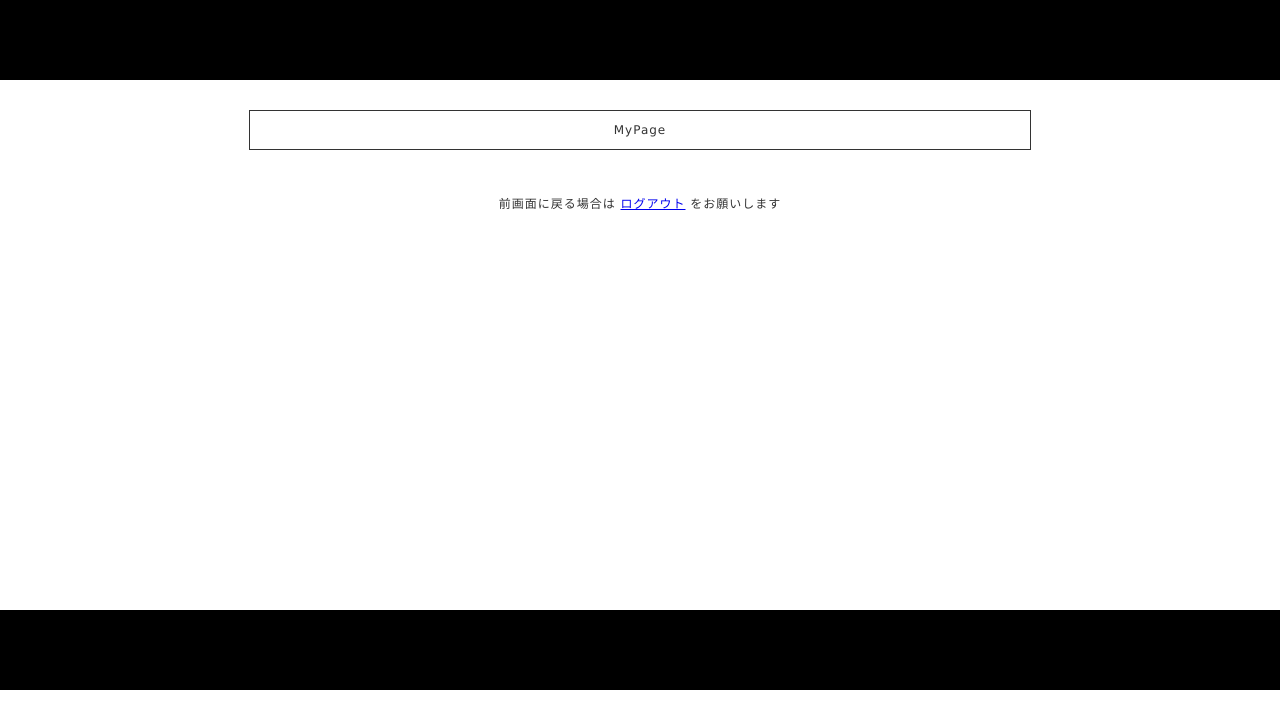
Repository: NoriakiYasumura/test01
Page: http://localhost/template/myPage.jsp
These files come from the project's save history. The page is drawn as it stood at one moment and after the next save; the edit follows.
The browser window is 1280 px wide. The pictures show the whole page.
The page is served by Tomcat 9. Other server files are loaded and not shown.

Above is the page before, as saved 2019-04-09 08:55:31.

### template/WebContent/myPage.jsp
<%@ page language="java" contentType="text/html; charset=UTF-8"
    pageEncoding="UTF-8"%>
<%@ taglib prefix="s" uri="/struts-tags" %>
<!DOCTYPE html>
<html>
	<head>
		<meta http-equiv="Content-Type" content="text/html; charset=UTF-8"/>
		<meta http-equiv="Content-Style-Type" content="text/css"/>
		<meta http-equiv="Content-Script-Type" content="text/javascript"/>
		<meta http-equiv="imagetoolbar" content="no"/>
		<meta name="description" content=""/>
		<meta name="keywords" content=""/>
		<title>MyPage画面</title>

		<style type="text/css">
		/* TAG LAYOUT */
		body{
			margin:0;
			padding:0;
			line-height:1,.6;
			letter-spacing:1px;
			font-family:Verdana,Helvetica,sans-serif;
			font-size:12px;
			color:#333;
			background:#fff;
		}
		table{
			text-align:center;
			margin:0 auto;
		}
		/* ID LAYOUT */
		#top{
			width:780px;
			margin:30px auto;
			border:1px solid #333;
		}
		#header{
			width:100%;
			height:80px;
			background-color:black;
		}
		#main{
			width:100%;
			height:500px;
			text-align:center;
		}
		#footer{
			width:100%;
			height:80px;
			background-color:black;
			clear:both;
		}
		</style>
	</head>
	<body>
		<div id="header"></div>

		<div id="main">
			<div id="top">
				<p>MyPage</p>
			</div>
			<div>

				<s:if test="session.message == ''">
					<h3>ご購入情報は以下になります。</h3>
					<table>
						<tr>
							<td>商品名</td>
							<td><s:property value="session.buyItem_name" /></td>
						</tr>
						<tr>
							<td>値段</td>
							<td>
								<s:property value="session.total_price" />
								<span>円</span>
							</td>
						</tr>
						<tr>
							<td>購入個数</td>
							<td>
								<s:property value="session.total_count" />
								<span>個</span>
							</td>
						</tr>
						<tr>
							<td>支払い方法</td>
							<td><s:property value="session.totalk_payment" /></td>
						</tr>
					</table>
					<s:form anction="MyPageAction">
						<input type="hidden" name="deleteFlg" value="1">
						<s:submit value="削除" method="delete"/>
					</s:form>
				</s:if>

				<s:if test="session.message != null">
					<h3><s:property value="session.message"/></h3>
				</s:if>

				<div>
					<br>
					<span>前画面に戻る場合は</span>
					<a href='<s:url action="HomeAction"/>'>ログアウト</a>
					<span>をお願いします</span>
				</div>
			</div>
		</div>

		<div id="footer"></div>
	</body>
</html>

After the next save:
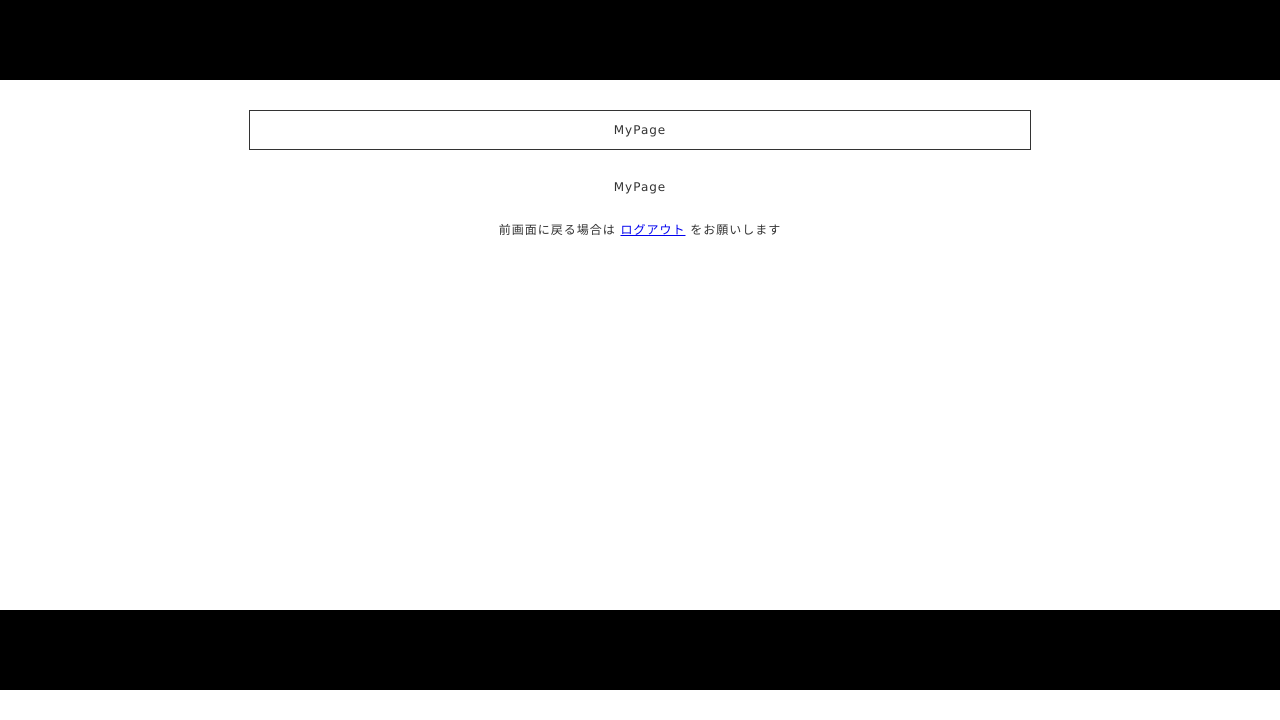
Saved 40 h 14 min later.
--- a/template/WebContent/myPage.jsp
+++ b/template/WebContent/myPage.jsp
@@ -60,6 +60,7 @@
 				<p>MyPage</p>
 			</div>
 			<div>
+			<p>MyPage</p>
 
 				<s:if test="session.message == ''">
 					<h3>ご購入情報は以下になります。</h3>

After the save that followed:
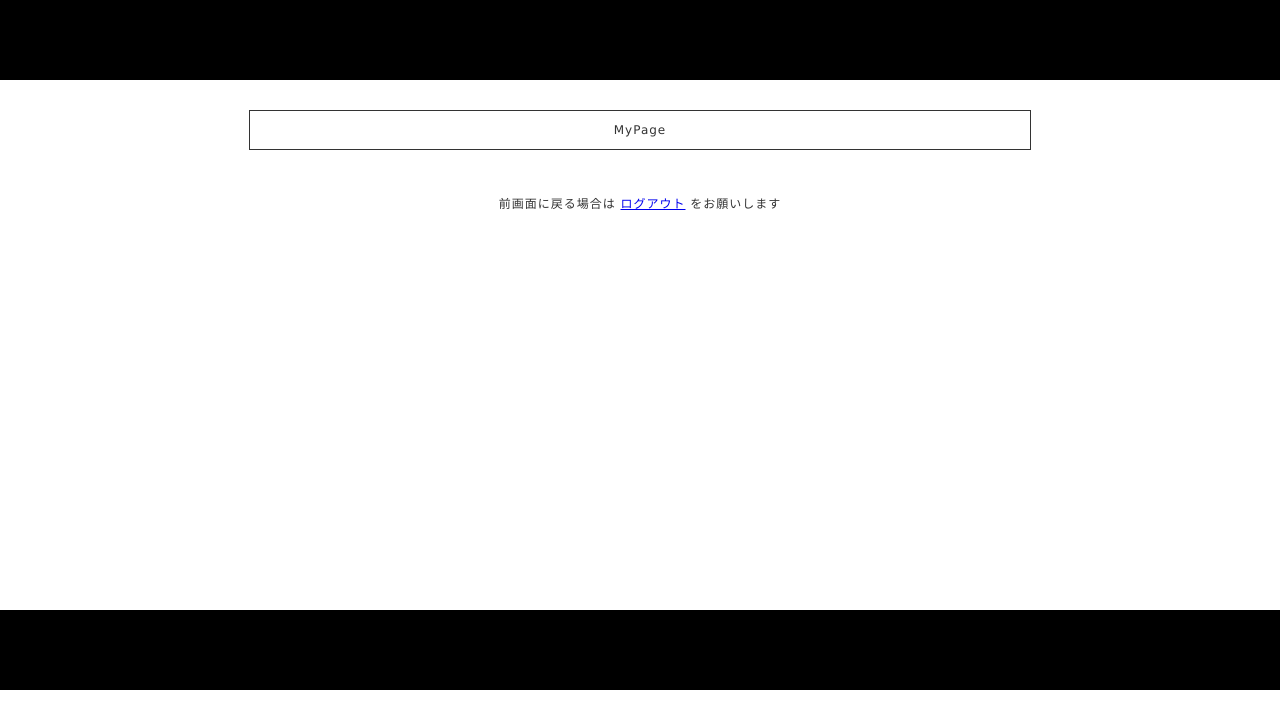
Saved 14 s later.
--- a/template/WebContent/myPage.jsp
+++ b/template/WebContent/myPage.jsp
@@ -60,7 +60,6 @@
 				<p>MyPage</p>
 			</div>
 			<div>
-			<p>MyPage</p>
 
 				<s:if test="session.message == ''">
 					<h3>ご購入情報は以下になります。</h3>
